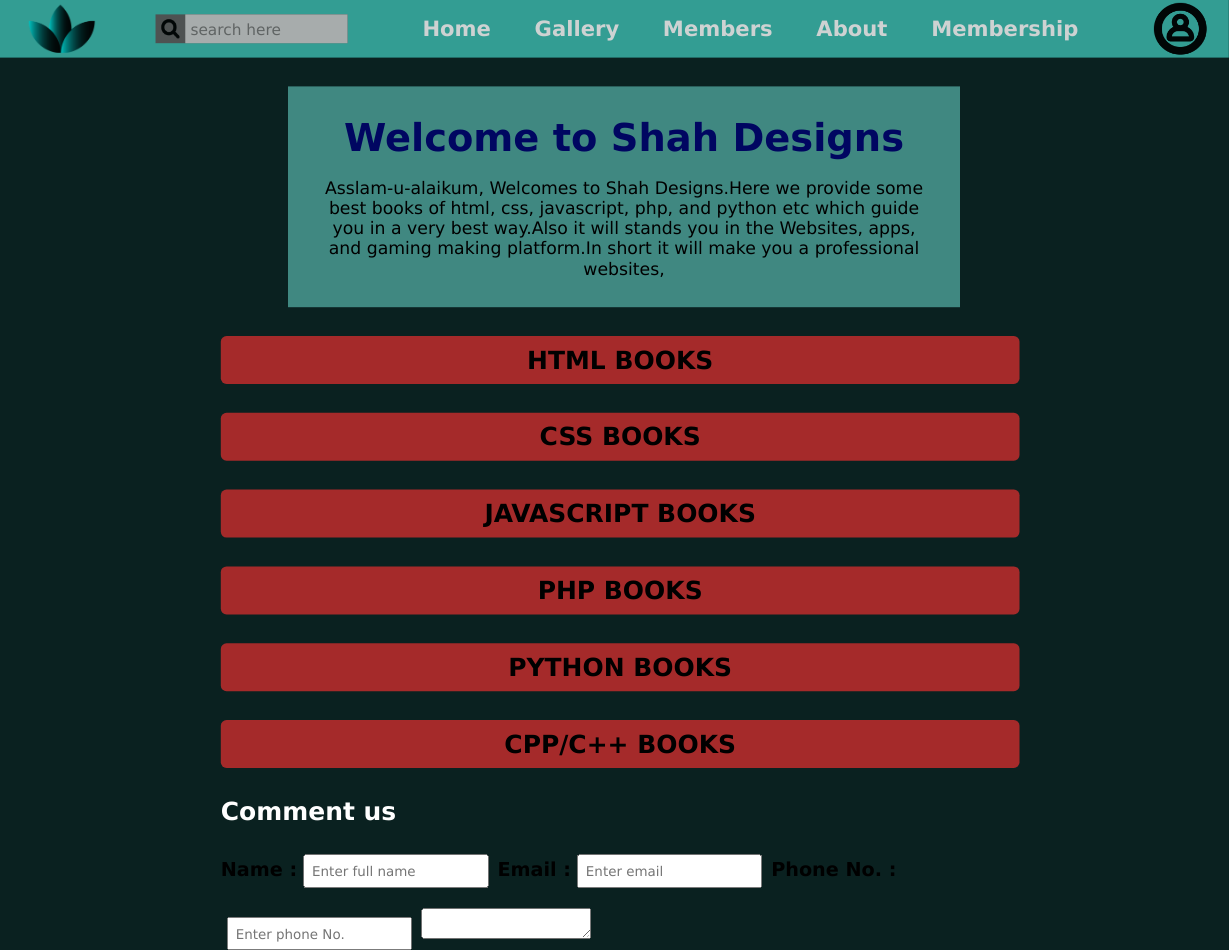
Repository: RawahaMR11/my_assignments
Page: rawaha computer/Shah Designs web/Shah home page.html
The author's editor kept a copy of each file at every save. The page is drawn from the files as they stood at one save, then again after the next save.
The browser window is 1280 px wide. The pictures show the whole page, at 96% of full size.

Above is the page before, as saved 2024-12-13 08:58:10.

### rawaha computer/Shah Designs web/Shah home page.html
<!DOCTYPE html>
<html lang="en">
<head>
      <meta charset="UTF-8">
      <meta name="viewport" content="width=device-width, initial-scale=1.0">
      <title>Shah Designs</title>
      <link rel="stylesheet" href="Shah home page.css">
</head>
<body>
<div class="my-display">
      <header>
            <div class="logo">
                  <img src="logo.png" alt="Shah Designs logo">
            </div><!--end logo-->
            <div class="search">
                  <img src="search.png" alt="Search-icon">
                  <input type="text" placeholder="search here">
            </div><!--end search-->
            <div class="home">
                  <a href="Shah home page.html">Home</a>
            </div><!--end home-->
            <div class="gallery">
                  <a href="#">Gallery</a>
            </div><!--end gallery-->
            <div class="members">
                  <a href="#">Members</a>
            </div><!--end members -->
            <div class="about">
                  <a href="#">About</a>
            </div><!--end about-->
            <div class="membership">
                  <a href="#">Membership</a>
            </div>
            <div class="login">
                  <img src="sign in.png" alt="Login">
            </div><!--end login-->
      </header>


      <div class="wrapper">
            <div id="welcome">
                  <h1>Welcome to Shah Designs</h1><br>
                  <p>Asslam-u-alaikum, Welcomes to Shah Designs.Here we provide some best books of html, css, javascript, php, and python etc which guide you in a very best way.Also it will stands you in the Websites, apps, and gaming making platform.In short it will make you a professional websites, </p>
            </div><!--end welcome-->
      </div><!--end wrapper-->


      <div class="html-books">
            <p>HTML BOOKS</p>
      </div>
      <div class="css-books">
            <p>CSS BOOKS</p>
      </div>
      <div class="javascript-books">
            <p>JAVASCRIPT BOOKS</p>
      </div>
      <div class="php-books">
            <p>PHP BOOKS</p>
      </div>
      <div class="python-books">
            <p>PYTHON BOOKS</p>
      </div>
      <div class="Cpp-books">
            <p>CPP/C++ BOOKS</p>
      </div>



      <div class="datail">

      </div>



      <div class="comment">
            <h2>Comment us</h2>
            <label for="name">Name :</label><input type="text" placeholder="Enter full name">
            <label for="name">Email :</label><input type="email" placeholder="Enter email">
            <label for="name">Phone No. :</label><input type="text" placeholder="Enter phone No.">
            <textarea name="comment" id="comment"></textarea>
      </div>
</div>
</body>
</html>

### rawaha computer/Shah Designs web/Shah home page.css
* {
      margin: 0;
      padding: 0;
}
body {
      display: block;
      font-size: 14px;
      background-color: rgb(10, 33, 32);
}
.my-display {
      width: 80%;
      margin: 0 auto;
      height: 100%;
      width: 100%;
}
/* css for opening my page on tablets (screens with width <=768px) */
@media screen and (max-width: 768px) {
      body {
            font-size: 16px;
      }
      .my-display {
            width: 100%;
      }
}
/* css for opening my page on laptops,pcs etc (screens with width <=1080px) */
@media screen and (max-width: 1080px) {
      body {
            font-size: 14px;
      }
      .my-display {
            width: 100%;
      }
}
/* css for opening my page on phones (screens with width <=480px) */
@media screen and (max-width: 480px) {
      body {
            font-size: 10px;
      }
      .my-display {
            width: 100%;
      }
}
header {
      width: 100%;
      height: 60px;
      display: flex;
      align-items: center;
      background-color: rgb(62, 188, 176);
      opacity: 80%;
      gap: 31.5px;
}
.logo {
      height: 83%;
      width: 70px;
      margin: 0 30px 0;
}
.logo img {
      height: 100%;
      width: 100%;
}
.search {
      width: 200px;
      height: 30px;
      background-color: rgb(95, 95, 95);
      display: flex;
      align-items: center;
      justify-content: space-evenly;
}
.search img {
      width: 10%;
      height: 65%;
      padding: 6px;
}
.search input {
      width: 90%;
      padding: 5.34px;
      border: none;
      outline: none;
      background-color: rgb(207, 207, 207);
      font-family: Verdana, Geneva, Tahoma, sans-serif;
      font-size: 16px;
}
.home {
      font-family: Verdana, Geneva, Tahoma, sans-serif;
      font-size: 22px;
      margin-left: 40px;
      padding: 7px;
}
.home:hover {
      background-color: rgb(161, 161, 161);
}
.home a {
      text-decoration: none;
      font-weight: 700;
      color: white;
}
.gallery {
      font-family: Verdana, Geneva, Tahoma, sans-serif;
      font-size: 22px;
      padding: 7px;
}
.gallery:hover {
      background-color: rgb(161, 161, 161);
}
.gallery a {
      text-decoration: none;
      font-weight: 700;
      color: white;
}
.members {
      font-family: Verdana, Geneva, Tahoma, sans-serif;
      font-size: 22px;
      padding: 7px;
}
.members:hover {
      background-color: rgb(161, 161, 161);
}
.members a {
      text-decoration: none;
      font-weight: 700;
      color: white;
}
.about {
      font-family: Verdana, Geneva, Tahoma, sans-serif;
      font-size: 22px;
      padding: 7px;
}
.about:hover {
      background-color: rgb(161, 161, 161);
}
.about a {
      text-decoration: none;
      font-weight: 700;
      color: white;
}
.membership {
      font-family: Verdana, Geneva, Tahoma, sans-serif;
      font-size: 22px;
      padding: 7px;
}
.membership:hover {
      background-color: rgb(161, 161, 161);
}
.membership a {
      text-decoration: none;
      font-weight: 700;
      color: white;
}
.login {
      height: 90%;
      width: 55px;
      float: right;
      margin-left: 40px;
}
.login img {
      height: 100%;
      width: 100%;
      cursor: pointer;
}
.wrapper {
      width: 50%;
      height: auto;
      display: flex;
      align-items: center;
      justify-content: center;
      margin-top: 30px;
      background-color: rgb(64, 136, 129);
      padding: 30px;
      margin-left: 300px;
}
#welcome {
      width: 100%;
      font-family: Verdana, Geneva, Tahoma, sans-serif;
      font-size: 16px;
}
#welcome h1 {
      text-align: center;
      color: rgb(0, 6, 97);
      font-size: 40px;
}
#welcome p {
      text-align: center;
      font-size: 18px;
      font-family: Verdana, Geneva, Tahoma, sans-serif;
}
.html-books {
      height: 50px;
      width: 65%;
      background-color: brown;
      margin: 30px 230px 0;
      border-radius: 6px;
      display: flex;
      align-items: center;
      justify-content: center;
      cursor: pointer;
}
.html-books p {
      font-family: Verdana, Geneva, Tahoma, sans-serif;
      font-size: 26px;
      font-weight: 700;
}
.css-books {
      height: 50px;
      width: 65%;
      background-color: brown;
      margin: 30px 230px 0;
      border-radius: 6px;
      display: flex;
      align-items: center;
      justify-content: center;
      cursor: pointer;
}
.css-books p {
      font-family: Verdana, Geneva, Tahoma, sans-serif;
      font-size: 26px;
      font-weight: 700;
}
.javascript-books {
      height: 50px;
      width: 65%;
      background-color: brown;
      margin: 30px 230px 0;
      border-radius: 6px;
      display: flex;
      align-items: center;
      justify-content: center;
      cursor: pointer;
}
.javascript-books p {
      font-family: Verdana, Geneva, Tahoma, sans-serif;
      font-size: 26px;
      font-weight: 700;
}
.php-books {
      height: 50px;
      width: 65%;
      background-color: brown;
      margin: 30px 230px 0;
      border-radius: 6px;
      display: flex;
      align-items: center;
      justify-content: center;
      cursor: pointer;
}
.php-books p {
      font-family: Verdana, Geneva, Tahoma, sans-serif;
      font-size: 26px;
      font-weight: 700;
}
.python-books {
      height: 50px;
      width: 65%;
      background-color: brown;
      margin: 30px 230px 0;
      border-radius: 6px;
      display: flex;
      align-items: center;
      justify-content: center;
      cursor: pointer;
}
.python-books p {
      font-family: Verdana, Geneva, Tahoma, sans-serif;
      font-size: 26px;
      font-weight: 700;
}
.Cpp-books {
      height: 50px;
      width: 65%;
      background-color: brown;
      margin: 30px 230px 0;
      border-radius: 6px;
      display: flex;
      align-items: center;
      justify-content: center;
      cursor: pointer;
}
.Cpp-books p {
      font-family: Verdana, Geneva, Tahoma, sans-serif;
      font-size: 26px;
      font-weight: 700;
}
.comment {
      width: 65%;
      margin: 30px 230px 0;
}
.comment h2 {
      font-family: Verdana, Geneva, Tahoma, sans-serif;
      font-size: 26px;
      font-weight: 700;
      color: white;
}
.comment label {
      margin-top: 30px;
      font-family: Verdana, Geneva, Tahoma, sans-serif;
      font-size: 20px;
      font-weight: 700;
}
.comment input {
      margin: 30px 6px 0;
      font-family: Verdana, Geneva, Tahoma, sans-serif;
      font-size: 14px;
      padding: 7.5px;
}

After the next save:
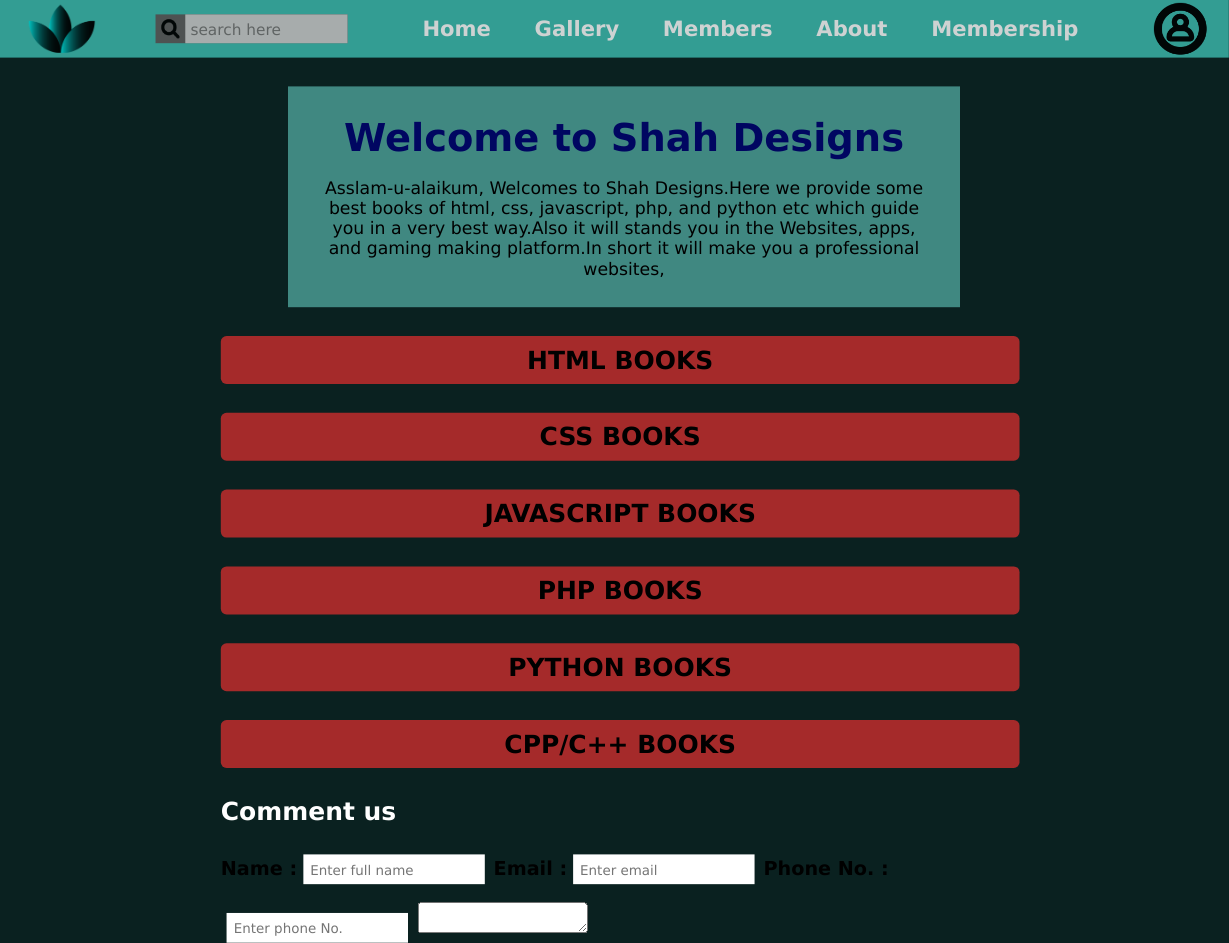
Saved 21 s later.
--- a/rawaha computer/Shah Designs web/Shah home page.css
+++ b/rawaha computer/Shah Designs web/Shah home page.css
@@ -300,4 +300,6 @@ header {
       font-family: Verdana, Geneva, Tahoma, sans-serif;
       font-size: 14px;
       padding: 7.5px;
-}
+      border: none;
+      outline: none;
+}
